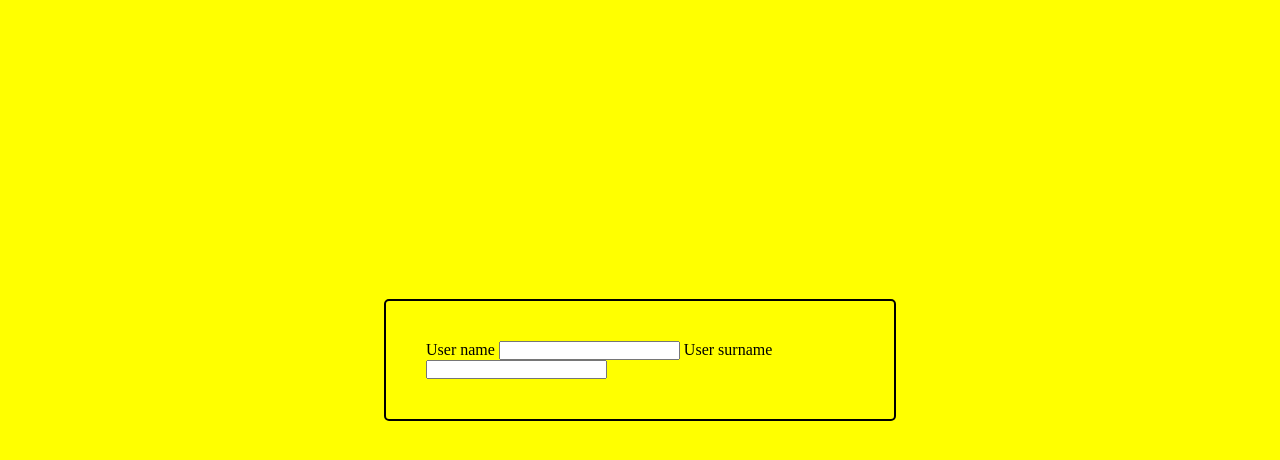
Repository: AytacSafarova/Figma--task
Page: index.html
These files come from the project's save history. The page is drawn as it stood at one moment and after the next save; the edit follows.
The browser window is 1280 px wide. The pictures show the whole page.

Above is the page before, as saved 2023-08-04 15:41:33.
Console error: ReferenceError: camelcase is not defined

After the next save:
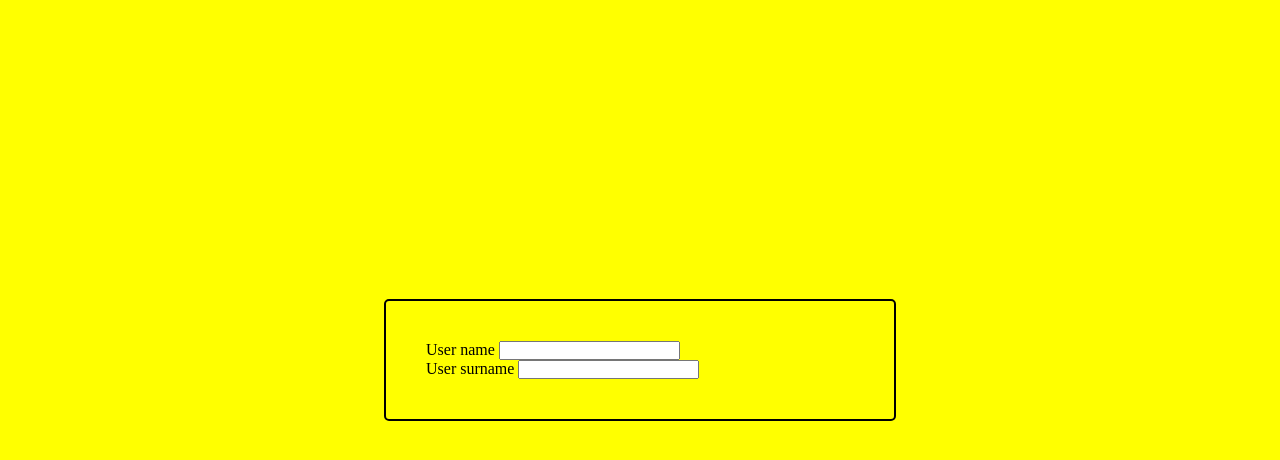
Saved 23 s later.
--- a/index.css
+++ b/index.css
@@ -77,3 +77,6 @@
 border-radius: 5px;
 border:  2px solid black;
 }
+label{
+  display: block;
+}

After the 2 saves that followed:
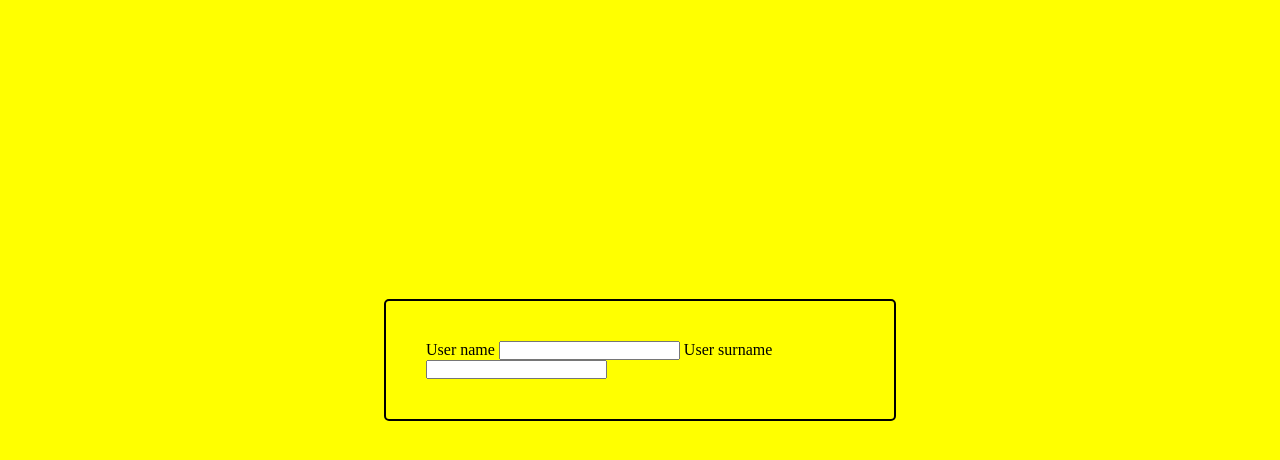
The 2 saves are shown as one change because they came seconds apart.
The last was saved 9 s later.
--- a/index.css
+++ b/index.css
@@ -76,7 +76,5 @@
 padding: 40px;
 border-radius: 5px;
 border:  2px solid black;
+
 }
-label{
-  display: block;
-}
